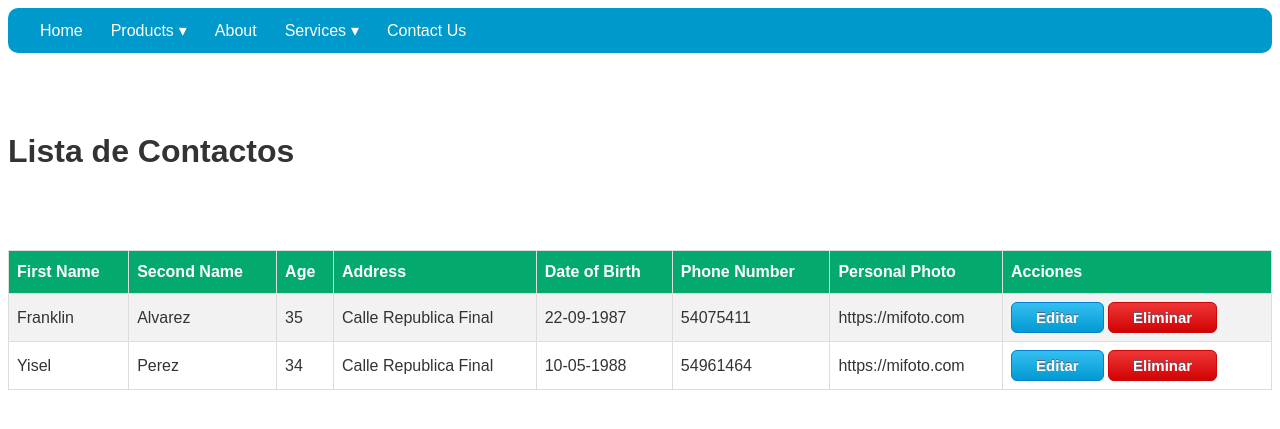
Repository: fgala1619/frontSistGestionBank
Page: index.html
An editor plug-in stored every save of this project. The page is shown before and after the next save, followed by the edit.
The browser window is 1280 px wide. The pictures show the whole page.

Above is the page before, as saved 2023-07-26 13:06:21.

After the next save:
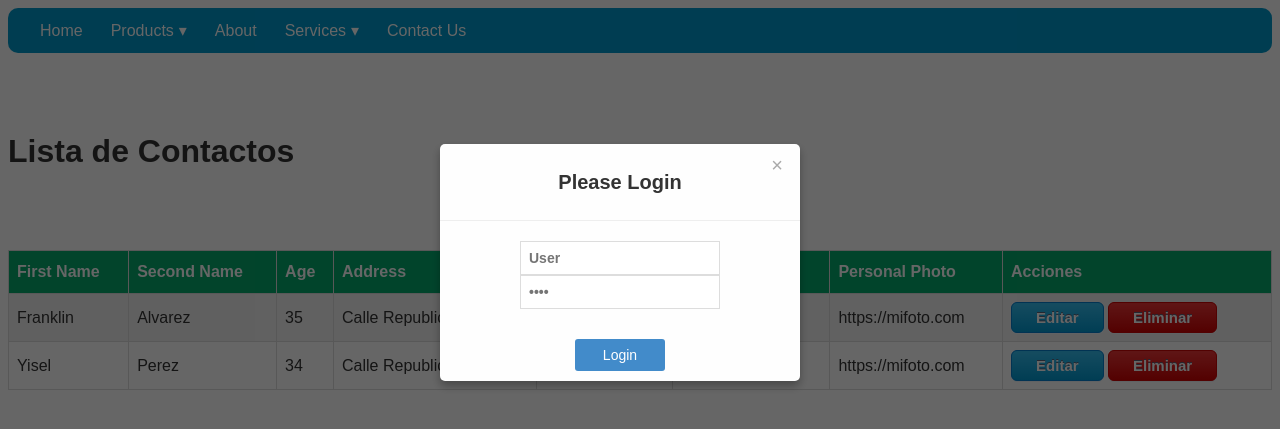
Saved 102 s later.
--- a/index.html
+++ b/index.html
@@ -73,7 +73,7 @@
 
 
 <!-- Modal -->
-<div class="modale" aria-hidden="true">
+<div class="modale opened" aria-hidden="true">
   <div class="modal-dialog">
     <div class="modal-header">
       <h2>Please Login</h2>

After the save that followed:
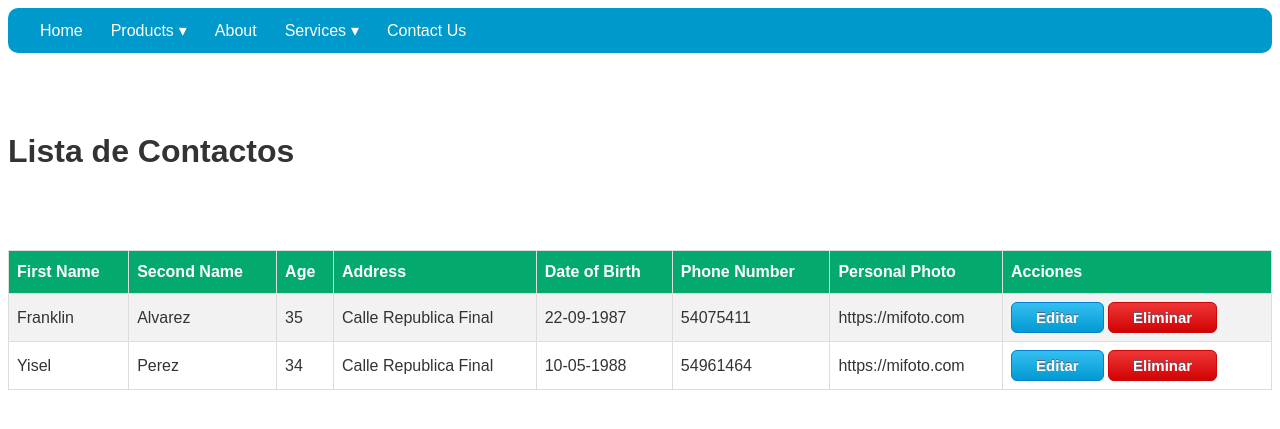
Saved 15 s later.
--- a/index.html
+++ b/index.html
@@ -73,7 +73,7 @@
 
 
 <!-- Modal -->
-<div class="modale opened" aria-hidden="true">
+<div class="modale" aria-hidden="true">
   <div class="modal-dialog">
     <div class="modal-header">
       <h2>Please Login</h2>
